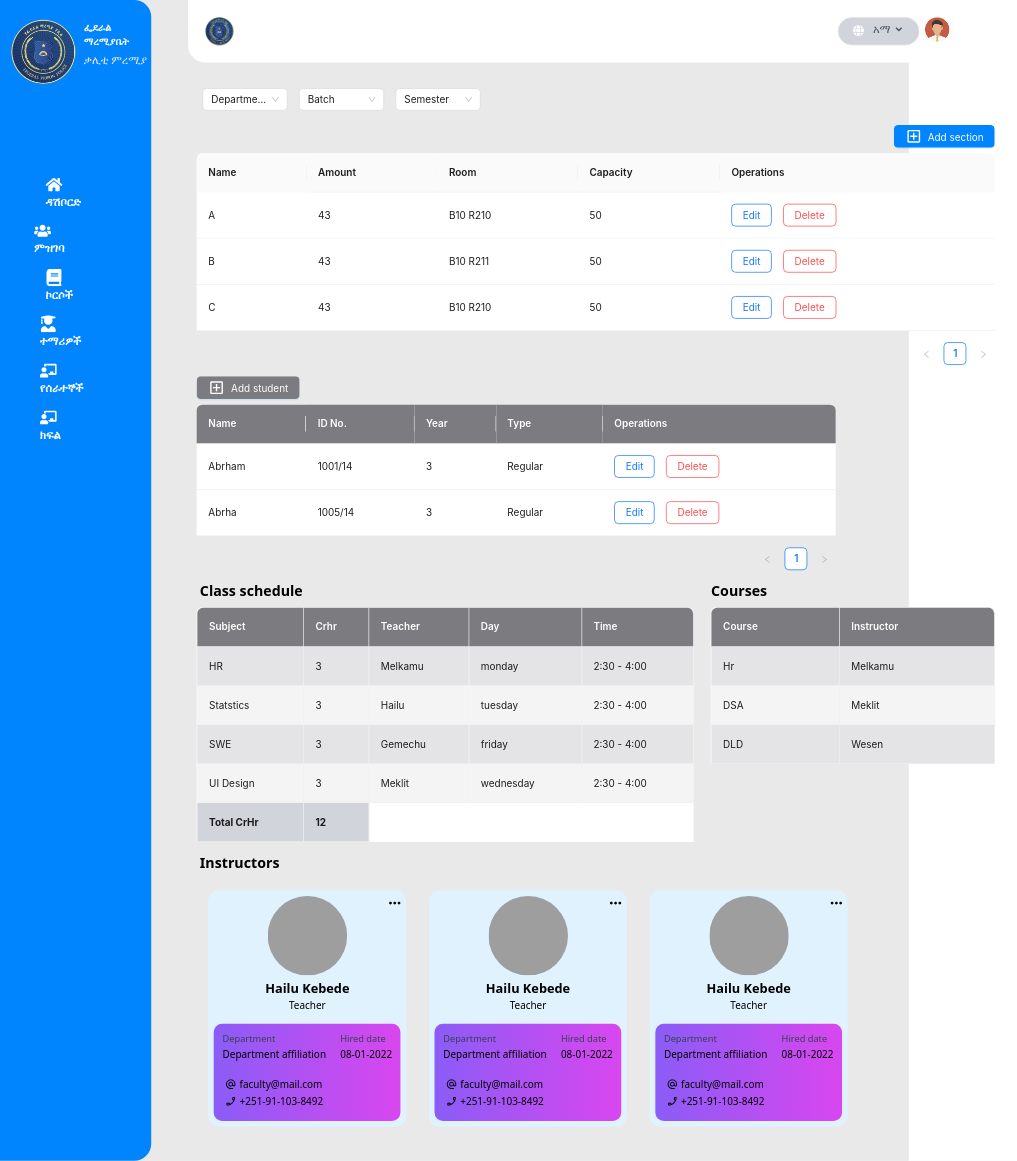
Repository: Yigoya/federal-prison-education-ms-frontend
Page: /classroom, after clicking the first element matching `td.ant-table-cell > a`
The author's editor kept a copy of each file at every save. The page is drawn from the files as they stood at one save, then again after the next save.
The browser window is 1280 px wide. The page is 1433 px wide, so the pictures cover 1433 px, including what lies to the right of the window. The pictures show the whole page, at 71% of full size.
Pictures or frames that could not be fetched are drawn as grey boxes. The project was rebuilt for these pictures with package versions that can differ from the ones it lists, and the page was loaded fresh each time. Also part of the build but not shown: vite.config.js, src/pages/DashBoard.jsx, src/pages/Courses.jsx, src/layout/AuthLayout.jsx, src/pages/Login.jsx, src/pages/Teachers.jsx, src/pages/StudentRegistration.jsx, src/components/classroom/ComboBox.jsx and 1 more. Imported but missing from the stored project, and not drawn on this page: src/pages/Students.

Above is the page before, as saved 2024-07-05 15:16:26.

### src/App.jsx
// import { useState } from "react";
import "./App.css";
import { Routes, Route } from "react-router-dom";
import DashBoard from "./pages/DashBoard";
// import Register from "./pages/Register";
import Students from "./pages/Students";
import Courses from "./pages/Courses";
import RootLayout from "./layout/RootLayout";
import AuthLayout from "./layout/AuthLayout";
import Login from "./pages/Login";
import Teachers from "./pages/Teachers";
// import { useTranslation } from "react-i18next";
import { StudentRegistration } from "./pages/StudentRegistration";
import Classroom from "./pages/Classroom";
function App() {
  // const [count, setCount] = useState(0);
  // const { t } = useTranslation();
  return (
    <>
      <Routes>
        <Route element={<AuthLayout />}>
          <Route path="/login" element={<Login />} />
        </Route>
        <Route element={<RootLayout />}>
          <Route path="/" element={<DashBoard />} />
          <Route path="/register" element={<StudentRegistration />} />
          <Route path="/students" element={<Students />} />
          <Route path="/courses" element={<Courses />} />
          <Route path="/allcourse" element={<Courses />} />
          <Route path="/addcourse" element={<Courses />} />
          <Route path="/managecourse" element={<Courses />} />
          <Route path="/classroom" element={<Classroom />} />
          <Route path="/grading" element={<Courses />} />
          <Route path="/staffprofile" element={<Courses />} />
          <Route path="/examscheduling" element={<Teachers />} />
        </Route>
      </Routes>
    </>
  );
}

export default App;

### src/App.css
/* Header row background color */
.ant-table-thead > tr > th {
    background-color: #0085FF; /* Set your desired background color here */
    color: #fff; /* Set the text color if needed */
  }

### src/layout/RootLayout.jsx
// import React from 'react'
import { Outlet } from "react-router-dom";
import Navbar from "../components/Navbar";
import SideBar from "../components/SideBar";
function RootLayout() {
  return (
    <div className="flex flex-row w-full min-h-dvh gap-8 bg-[#E9E9E9]">
        <SideBar />

      <div className="w-full min-h-dvh max-h-full">
        <Navbar />
        <div className="flex-1 flex overflow-hidden">
          <section className="flex-1 overflow-y-scroll">
            <Outlet />
          </section>
        </div>
      </div>
    </div>
  );
}

export default RootLayout;

### src/pages/Classroom.jsx
import { useState } from "react";
import Selector from '../components/classroom/Selector.jsx';
import SectionsTable from "../components/classroom/SectionsTable.jsx";
import NewSectionDrawer from "../components/classroom/NewSectionDrawer.jsx";
import {
  departmentOptions,
  yearOptions,
  semesterOptions,
} from "../data/classroomArrayData.js";
import { Button } from "antd";
import AddBoxOutlinedIcon from "@mui/icons-material/AddBoxOutlined";

const Classroom = () => {
  const [drawerVisiblity, setDrawerVisiblity] = useState(false);
  const handleClick = () => {
    setDrawerVisiblity(prevState => !prevState);
  };

  return (
    <div className="p-8 ">
      <Selector typeName="Department" options={departmentOptions} />
      <Selector typeName="Batch" options={yearOptions} />
      <Selector typeName="Semester" options={semesterOptions} />

      {/* sections table */}
      <div className="mt-4">
        {drawerVisiblity && <NewSectionDrawer visiblity = {drawerVisiblity}/>}
        <div className="grid justify-items-end">
          <Button
            className="bg-[#0085FF] mb-2"
            type="primary"
            onClick={handleClick}
          >
            <AddBoxOutlinedIcon />
            Add section
          </Button>
        </div>
        <SectionsTable />
      </div>
    </div>
  );
};

export default Classroom;

### src/components/Navbar.jsx
import React from 'react'
import { AiOutlineSearch } from 'react-icons/ai';
import logo from '../assets/images/fdre_logo.png'
import { FaGlobe } from 'react-icons/fa';
import avatar from '../assets/images/Avatar.jpg'
import { useTranslation } from 'react-i18next';
function Navbar() {
  const { i18n } = useTranslation();

  const handleLanguageChange = (event) => {
    i18n.changeLanguage(event.target.value);
  };
  return (
    <div className='mr-16 '>
      <div className='bg-white rounded-b-3xl p-6 ml-5 flex justify-between'>
        <div style={{ width: '40px' }} >
          <img src={logo}  alt="logo" />
        </div>
        <div className='flex '>
          <div className='py-1 px-5 border rounded-full bg-gray-300 '>
           <FaGlobe className='inline-block text-white mr-2'/>
            <select onChange={handleLanguageChange} className='inline-block bg-gray-300 text-gray-600' id="">
              <option value="am">አማ</option>
              <option value="en">En</option>
              <option value="or">Oro</option>
            </select>
          </div>
          <div>
            <img src={avatar} width={'50px'}/>
          </div>
        </div>
      </div>

    </div>
  )
}

export default Navbar

### src/components/SideBar.jsx
import { FaHome, FaUserGraduate, FaBook, FaChalkboardTeacher, FaUsers } from 'react-icons/fa';

import logo from '../assets/images/fdre_logo.png'
import { Link } from 'react-router-dom'
import { useTranslation } from 'react-i18next';
function SideBar() {
const {t} = useTranslation()
  return (
    <div className='w-1/4 bg-[#0085FF] rounded-r-3xl'>
          <div className='mt-7 ml-4 flex'>
            <div className='mr-3'>
              <img src={logo} alt="logo" width={'100px'} />
            </div>
            <div>
              <p className ='font-bold text-sm text-white mb-1'>{t('FDRE')}</p>
              <p className='text-gray-200'>{t('kality')}</p>
            </div>

          </div>
          <div className='flex flex-col items-center font-bold text-white py-20 mt-10'>

            <Link className='hover:border border-gray-200 rounded-full hover:bg-gray-100 hover:text-[#0085FF] p-2 px-16 inline-block mr-4' to='/'> <FaHome className='inline-block mr-2 text-2xl'/>{t('dashboard')}</Link>
            <Link className='hover:border border-gray-200 rounded-full py-2 px-12 hover:bg-gray-100 hover:text-[#0085FF] inline-block mr-10 ' to='/register'><FaUsers className='inline-block mr-2 text-2xl'/> {t('register')}</Link>
            <Link className='hover:border border-gray-200 rounded-full py-2 px-16 hover:bg-gray-100 hover:text-[#0085FF] inline-block mr-10 ' to='/courses'><FaBook className='inline-block mr-3  text-2xl'/>{t('courses')}</Link>
            <Link className='hover:border border-gray-200 rounded-full py-2 px-14 hover:bg-gray-100 hover:text-[#0085FF] inline-block mr-8' to='/students'> <FaUserGraduate className='inline-block mr-5  text-2xl'  />{t('students')}</Link>
            <Link className='hover:border border-gray-200 rounded-full py-2 px-14 hover:bg-gray-100 hover:text-[#0085FF] inline-block mr-10' to='/teachers'><FaChalkboardTeacher className='inline-block  mr-5  text-2xl'/>{t('staff')}</Link>
            <Link className='hover:border border-gray-200 rounded-full py-2 px-14 hover:bg-gray-100 hover:text-[#0085FF] inline-block mr-10' to='/classroom'><FaChalkboardTeacher className='inline-block  mr-5  text-2xl'/>{t('classroom')}</Link>

          </div>
        </div>

  )
}

export default SideBar

### src/pages/login.css

* {
    margin: 0;
    box-sizing: border-box;

}
.page {
    height: 100vh;
    width: 100%;
    display: flex;
    justify-content: center;
    align-items: center;
}

.cover {
    background-color: white;
    width: 30em;
    height: 25em;
    position: relative;
    border-radius: 1em;
    box-shadow: 0 0.188em 1.550em rgb(156, 156, 156);
    display: flex;
    flex-direction: column;
    align-items:center;
    justify-content:space-between;
    margin-right: 40px;

}

.container {
    display: flex;
    justify-content: space-between;
    align-items: center;

  }
.image-section {
    margin-left: 20px;
    padding: 100px;

}
.image-section img {
    margin-top: 2px;
    width: "200px";
    height: "200px";
    border-radius: "50%";
    object-fit: contain;

  }

input {
    border: none;
    background-color: rgb(229, 226, 226);
    width: 80%;
    border-radius: 0.25em;
    text-align: center;
    padding: 2em;
    font-size: 0.75em;
}

input:focus {
    outline-color: rgb(32, 177, 255);
}

.btn {
    width: 40%;
    height: 3em;
    background-color: rgb(32, 177, 255);
    display: flex;
    justify-content: center;
    align-items: center;
    transition: 0.5s;
    border-radius: 0.25em;
    cursor: pointer;
}

### src/components/classroom/Selector.jsx
// /* eslint-disable react/prop-types */
import { Select, Space } from 'antd';


const handleChange = (value) => {
  console.log(`selected ${value}`);
};

const Selector = ({typeName, options} ) => (
  <Space wrap>
    <Select
      className='mx-2 my-1'
      defaultValue={typeName}
      style={{
        width: 120,
      }}
      onChange={handleChange}
      options={options} // array of options
    />
  </Space>
);
export default Selector;

### src/components/classroom/SectionsTable.jsx
import { Space, Table, Button } from "antd";
import { sectionsData as data } from "../../data/classroomArrayData.js";
import { useState } from "react";
import StudentsTable from "./StudentsTable.jsx";
import ClassSchedule from "./ClassSchedule.jsx";
import CoursesList from "./CoursesList.jsx";
import InstructorDetails from "./InstructorDetails.jsx";

const SectionsTable = () => {
  const [activeSection, setActiveSection] = useState(null);

  const columns = [
    {
      title: "Name",
      dataIndex: "name",
      key: "name",
      render: (text) => <a onClick={() => handleSectionClick(text)}>{text}</a>,
    },
    {
      title: "Amount",
      dataIndex: "amount",
      key: "amount",
    },
    {
      title: "Room",
      dataIndex: "room",
      key: "room",
    },
    {
      title: "Capacity",
      dataIndex: "capacity",
      key: "capacity",
    },
    {
      title: "Operations",
      key: "action",
      render: () => (
        <Space size="middle">
          <Button type="primary" ghost>
            Edit
          </Button>
          <Button type="primary" danger ghost>
            Delete
          </Button>
        </Space>
      ),
    },
  ];

  const handleSectionClick = (sectionName) => {
    setActiveSection((prev) => (prev === sectionName ? null : sectionName));
  };

  return (
    <div>
      <Table columns={columns} dataSource={data} />
      {activeSection && (
        <div>
          <StudentsTable section={activeSection} />
          <div className="flex gap-3">
            <ClassSchedule /> <br />
            <CoursesList />
          </div>
          <h1 className="text-xl mb-2 mt-4 ml-1 font-bold">Instructors</h1>
          <div className="flex">
            <InstructorDetails />
            <InstructorDetails />
            <InstructorDetails />
          </div>
        </div>
      )}
    </div>
  );
};
export default SectionsTable;

### src/data/classroomArrayData.js
export const departmentOptions = [
  {
    label: "Software",
    value: "software",
  },
  {
    label: "Human Resources",
    value: "human_resources",
  },
  {
    label: "Marketing",
    value: "marketing",
  },
  {
    label: "Sales",
    value: "sales",
  },
  {
    label: "Finance",
    value: "finance",
  },
  {
    label: "Customer Support",
    value: "customer_support",
  },
  {
    label: "IT",
    value: "it",
  },
];

export const yearOptions = [
  {
    label: "1",
    value: 1,
  },
  {
    label: "2",
    value: 2,
  },
  {
    label: "3",
    value: 3,
  },
  {
    label: "4",
    value: 4,
  },
];

export const semesterOptions = [
  {
    label: "I",
    value: 1,
  },
  {
    label: "II",
    value: 2,
  },
];

export const courseOptions = [
  {
    label: "DSA",
    value: "dsa",
  },
  {
    label: "FLAT",
    value: "flat",
  },
  {
    label: "DLD",
    value: "dld",
  },
  {
    label: "OS",
    value: "os",
  },
];

export const studentsData = [
  {
    key: "1",
    name: "Abrham",
    id: "1001/14",
    year: "3",
    type: "Regular",
    section: "A",
  },
  {
    key: "1",
    name: "Abrha",
    id: "1005/14",
    year: "3",
    type: "Regular",
    section: "A",
  },
  {
    key: "2",
    name: "Aster",
    id: "1002/14",
    year: "3",
    type: "Regular",
    section: "B"
  },
  {
    key: "3",
    name: "Askal",
    id: "1003/14",
    year: "3",
    type: "Regular",
    section: "C"
  },
];

export const sectionsData = [
  {
    name: "A",
    amount: 43,
    room: "B10 R210",
    capacity: 50,
  },
  {
    name: "B",
    amount: 43,
    room: "B10 R211",
    capacity: 50,
  },
  {
    name: "C",
    amount: 43,
    room: "B10 R210",
    capacity: 50,
  },
];

### src/components/classroom/StudentsTable.jsx
import { Space, Table, Button } from "antd";
import { studentsData as data } from "../../data/classroomArrayData.js";
import AddBoxOutlinedIcon from "@mui/icons-material/AddBoxOutlined";

const columns = [
  {
    title: "Name",
    dataIndex: "name",
    key: "name",
    render: (text) => <a>{text}</a>,
    onHeaderCell: () => ({
      style: { backgroundColor: "#7c7c80", color: "#fff" },
    }),
  },
  {
    title: "ID No.",
    dataIndex: "id",
    key: "id",
    onHeaderCell: () => ({
      style: { backgroundColor: "#7c7c80", color: "#fff" },
    }),
  },
  {
    title: "Year",
    dataIndex: "year",
    key: "year",
    onHeaderCell: () => ({
      style: { backgroundColor: "#7c7c80", color: "#fff" },
    }),
  },
  {
    title: "Type",
    dataIndex: "type",
    key: "type",
    onHeaderCell: () => ({
      style: { backgroundColor: "#7c7c80", color: "#fff" },
    }),
  },
  {
    title: "Operations",
    key: "action",
    onHeaderCell: () => ({
      style: { backgroundColor: "#7c7c80", color: "#fff" },
    }),
    render: () => (
      <Space size="middle">
        <Button type="primary" ghost>
          Edit
        </Button>
        <Button type="primary" danger ghost>
          Delete
        </Button>
      </Space>
    ),
  },
];

// eslint-disable-next-line react/prop-types
const StudentsTable = ({ section }) => {
  return (
    <div>
      <Button className="bg-[#7c7c80] mb-2" type="primary">
        <AddBoxOutlinedIcon />
        Add student
      </Button>
      <Table
        className="w-[900px]"
        columns={columns}
        dataSource={data.filter((student) => student.section === section)}
      />
      {console.log("the section clicked is : ", section)}
    </div>
  );
};
export default StudentsTable;

### src/components/classroom/ClassSchedule.jsx
import { Table, Typography } from "antd";
const { Text } = Typography;
const columns = [
  {
    title: "Subject",
    dataIndex: "subject",
    onHeaderCell: () => ({
      style: { backgroundColor: "#7c7c80", color: "#fff" },
    }),
  },
  {
    title: "Crhr",
    dataIndex: "crhr",
    onHeaderCell: () => ({
      style: { backgroundColor: "#7c7c80", color: "#fff" },
    }),
  },
  {
    title: "Teacher",
    dataIndex: "teacher",
    onHeaderCell: () => ({
      style: { backgroundColor: "#7c7c80", color: "#fff" },
    }),
  },
  {
    title: "Day",
    dataIndex: "day",
    onHeaderCell: () => ({
      style: { backgroundColor: "#7c7c80", color: "#fff" },
    }),
  },
  {
    title: "Time",
    dataIndex: "time",
    onHeaderCell: () => ({
      style: { backgroundColor: "#7c7c80", color: "#fff" },
    }),
  },
];
const data = [
  {
    key: "1",
    subject: "HR",
    crhr: 3,
    teacher: "Melkamu",
    day: "monday",
    time: "2:30 - 4:00",
  },
  {
    key: "2",
    subject: "Statstics",
    crhr: 3,
    teacher: "Hailu",
    day: "tuesday",
    time: "2:30 - 4:00",
  },
  {
    key: "3",
    subject: "SWE",
    crhr: 3,
    teacher: "Gemechu",
    day: "friday",
    time: "2:30 - 4:00",
  },
  {
    key: "3",
    subject: "UI Design",
    crhr: 3,
    teacher: "Meklit",
    day: "wednesday",
    time: "2:30 - 4:00",
  },
];

const ClassSchedule = () => (
  <div className="flex justify-center">
    <div>
      <h1 className="text-xl mb-2 ml-1 font-bold">Class schedule</h1>
      <Table
        className="w-[700px]"
        borderColor="#0085FF"
        columns={columns}
        dataSource={data}
        pagination={false}
        bordered
        rowClassName={(record, index) =>
          index % 2 === 0 ? "bg-zinc-200" : "bg-zinc-100"
        }
        summary={(pageData) => {
          let totalCrhr = 0;
          pageData.forEach(({ crhr }) => {
            totalCrhr += crhr;
          });
          return (
            <>
              <Table.Summary.Row className="font-bold bg-gray-300">
                <Table.Summary.Cell index={0}>Total CrHr</Table.Summary.Cell>
                <Table.Summary.Cell index={1}>
                  <Text>{totalCrhr}</Text>
                </Table.Summary.Cell>
              </Table.Summary.Row>
            </>
          );
        }}
      />
    </div>
  </div>
);
export default ClassSchedule;

### src/components/classroom/CoursesList.jsx
import { Table } from "antd";

const columns = [
  {
    title: "Course",
    dataIndex: "course",
    onHeaderCell: () => ({
      style: { backgroundColor: "#7c7c80", color: "#fff" },
    }),
  },
  {
    title: "Instructor",
    dataIndex: "instructor",
    onHeaderCell: () => ({
        style: { backgroundColor: "#7c7c80", color: "#fff" }
      })
  },
];
const data = [
  {
    key: "1",
    course: "Hr",
    instructor: "Melkamu",
  },
  {
    key: "2",
    course: "DSA",
    instructor: "Meklit",
  },
  {
    key: "3",
    course: "DLD",
    instructor: "Wesen",
  },
];

const CoursesList = () => (
  <>
    <div className="flex justify-center">
        <div>
        <h1 className="text-xl mb-2 font-bold">Courses</h1>
      <Table
        className="w-[400px]"
        columns={columns}
        dataSource={data}
        pagination={false}
        bordered
        rowClassName={(record, index) =>
          index % 2 === 0 ? "bg-zinc-200" : "bg-zinc-100"
        }
      />
        </div>

    </div>
  </>
);
export default CoursesList;

### src/components/classroom/InstructorDetails.jsx
import MoreHorizOutlinedIcon from "@mui/icons-material/MoreHorizOutlined";
import AlternateEmailOutlinedIcon from "@mui/icons-material/AlternateEmailOutlined";
import PhoneEnabledOutlinedIcon from "@mui/icons-material/PhoneEnabledOutlined";

const InstructorDetails = () => {
  return (
    <div className="m-4 bg-sky-100 w-fit p-2 w-2/5 rounded-2xl relative">
      {/* Main content */}
      <div className="flex flex-col place-items-center">
        <div className="flex justify-between items-center">
          <img
            src="https://img.freepik.com/premium-vector/user-vector-icon-outline-style-isolated-white-background-mobile-app-website-logotype-ui-human-symbol-man-silhouette-social-member-sign-personal-profile-sign-10-eps_824631-3088.jpg?w=740"
            alt="Profile"
            className="h-28 w-28 rounded-full"
          />
          <div className="absolute top-0 right-0 mt-1 mr-1">
            <MoreHorizOutlinedIcon />
          </div>
        </div>

        <h1 className="text-lg mt-1 font-semibold">Hailu Kebede</h1>
        <p className="text-sm">Teacher</p>
      </div>

      {/* Additional info */}
      <div className="bg-gradient-to-r from-violet-500 to-fuchsia-500 rounded-xl w-full p-3 leading-3.5 mt-4">
        <div className="flex gap-5">
          <div>
            <p className="text-[13px] text-gray-700">Department</p>
            <p className="text-[14px]">Department affiliation</p>
          </div>
          <div>
            <p className="text-[13px] text-gray-700">Hired date</p>
            <p className="text-[14px]">08-01-2022</p>
          </div>
        </div>

        <div className="mt-6 leading-4 text-[14px]">
          <div className="flex">
            <AlternateEmailOutlinedIcon className="pb-2" />
            <p>faculty@mail.com</p>
          </div>
          <div className="flex">
            <PhoneEnabledOutlinedIcon className="pb-2"/>
            <p>+251-91-103-8492</p>
          </div>
        </div>
      </div>
    </div>
  );
};

export default InstructorDetails;

Loaded but not shown: index.html (common file); src/main.jsx (common file); src/index.css (common file); tailwind.config.js (common file); src/i18n.js (152 lines, source omitted)

After the next save:
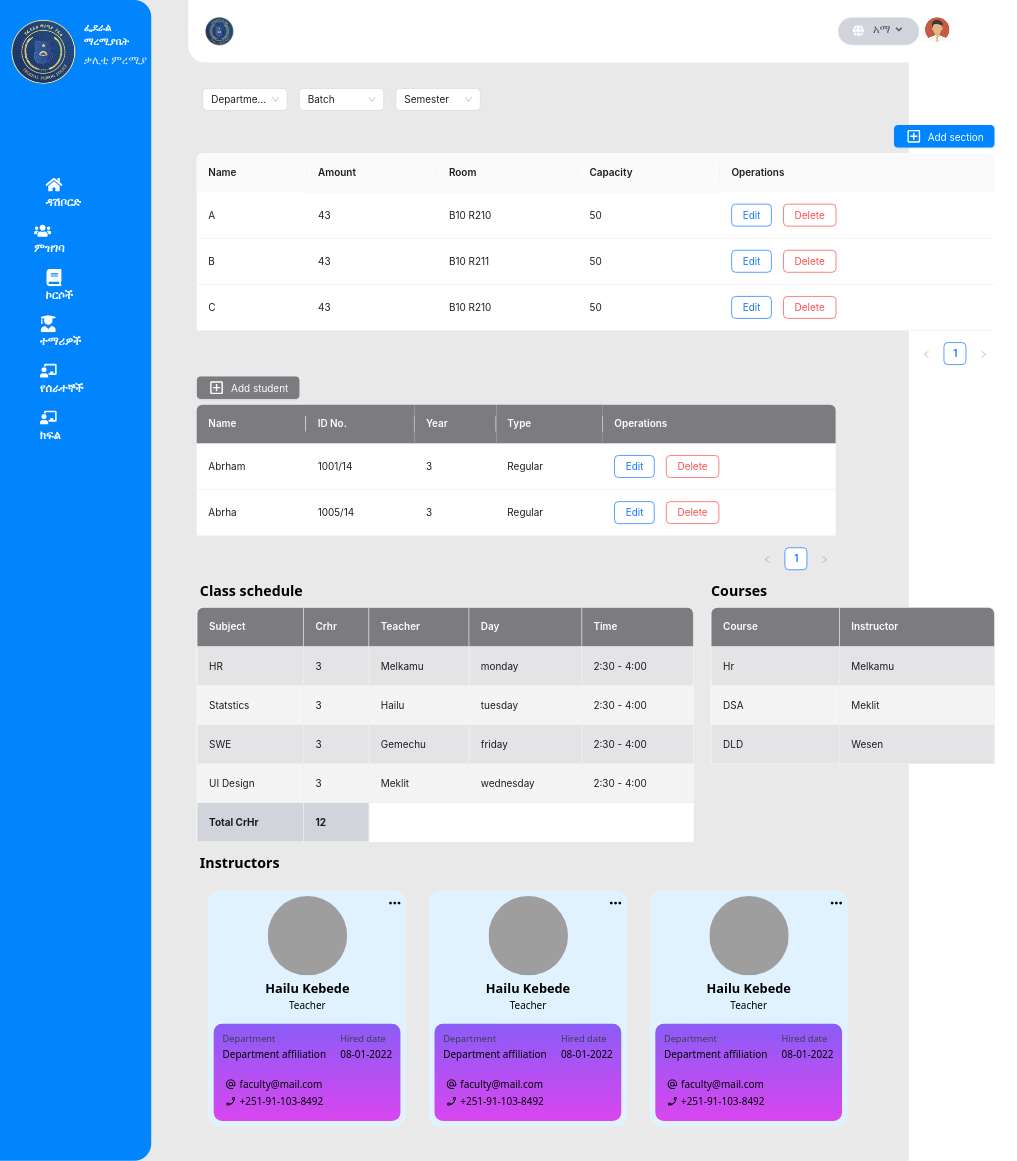
Saved 8 s later.
--- a/src/components/classroom/InstructorDetails.jsx
+++ b/src/components/classroom/InstructorDetails.jsx
@@ -23,7 +23,7 @@
       </div>
 
       {/* Additional info */}
-      <div className="bg-gradient-to-r from-violet-500 to-fuchsia-500 rounded-xl w-full p-3 leading-3.5 mt-4">
+      <div className="bg-gradient-to-b from-violet-500 to-fuchsia-500 rounded-xl w-full p-3 leading-3.5 mt-4">
         <div className="flex gap-5">
           <div>
             <p className="text-[13px] text-gray-700">Department</p>
